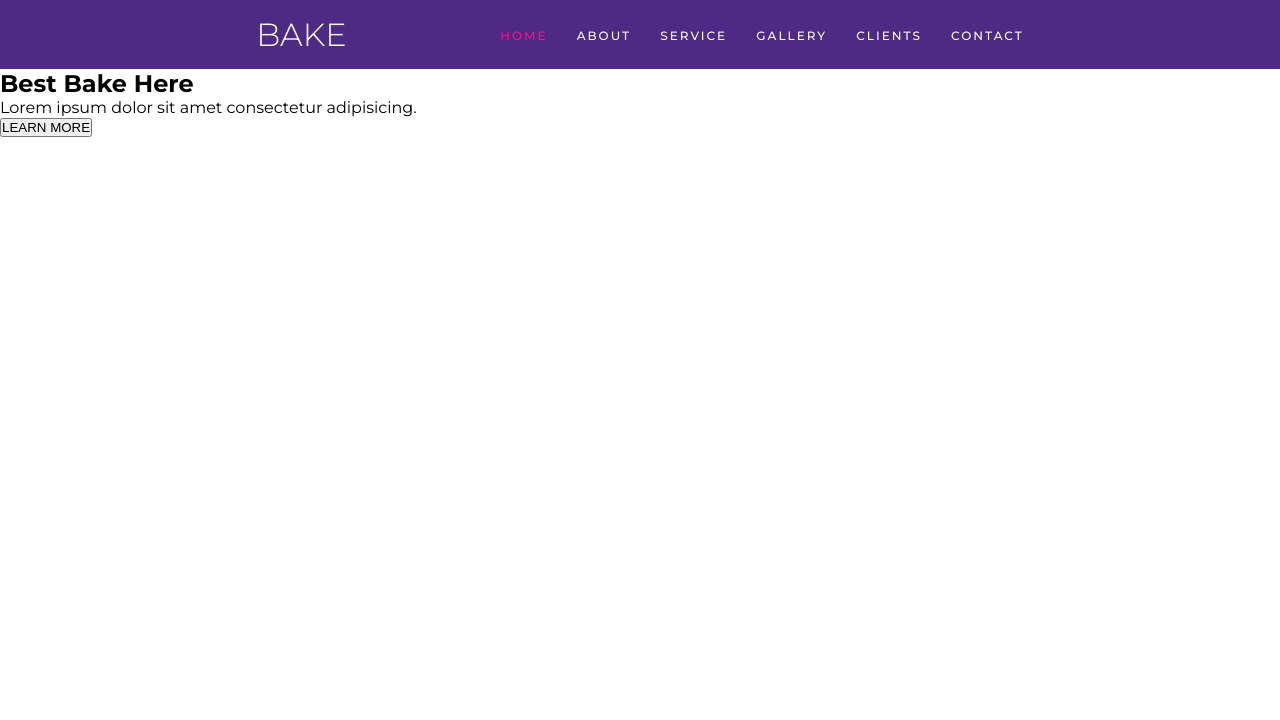
Repository: giahuy405/Bake
Page: index.html
An editor plug-in stored every save of this project. The page is shown before and after the next save, followed by the edit.
The browser window is 1280 px wide. The pictures show the whole page.

Above is the page before, as saved 2022-09-13 14:40:32.

After the next save:
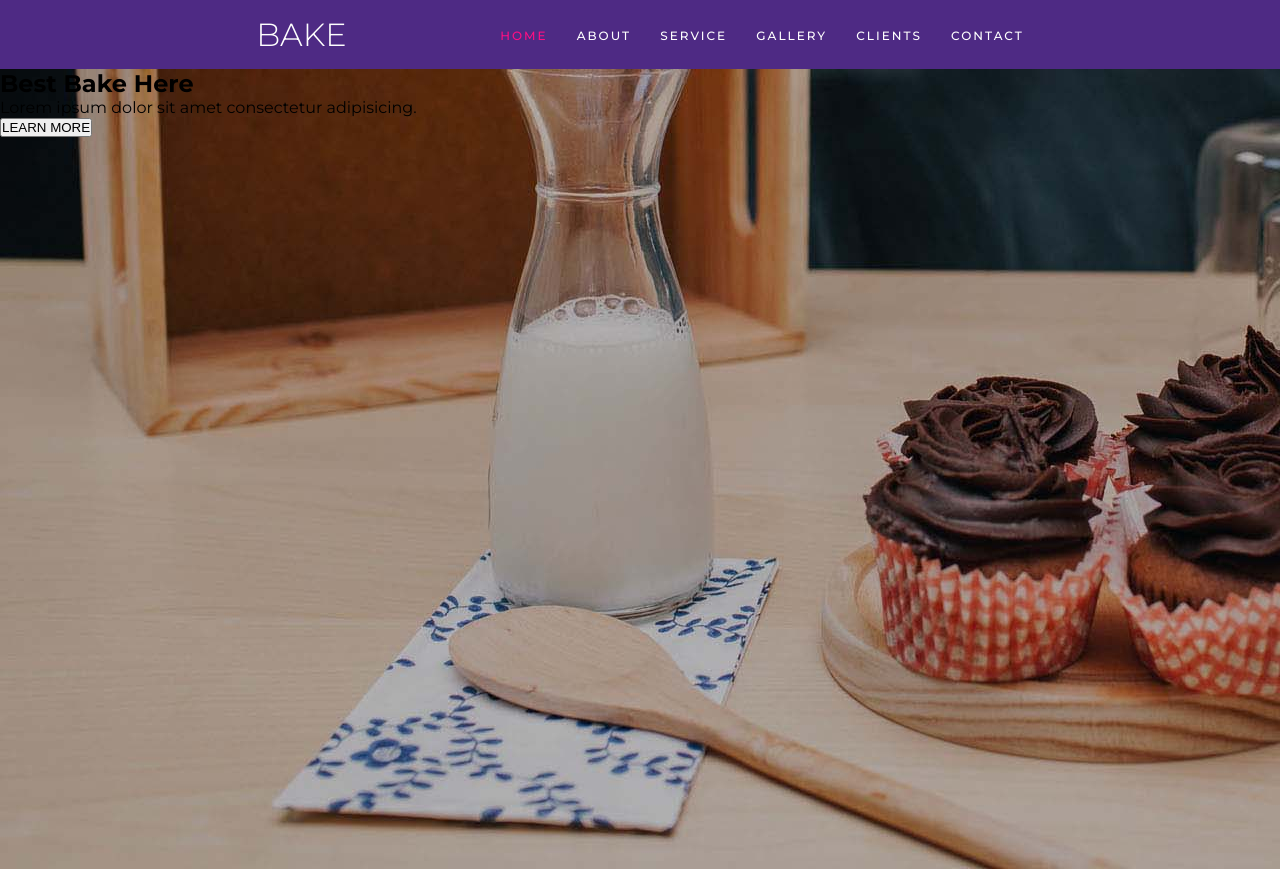
Saved 42 s later.
--- a/css/index.css
+++ b/css/index.css
@@ -43,3 +43,8 @@
 nav ul li a:hover{
     color: #ff0e83;
 }
+.carousel{
+    background-image: url(../img/b3.jpg);
+    height: 800px;
+
+}
